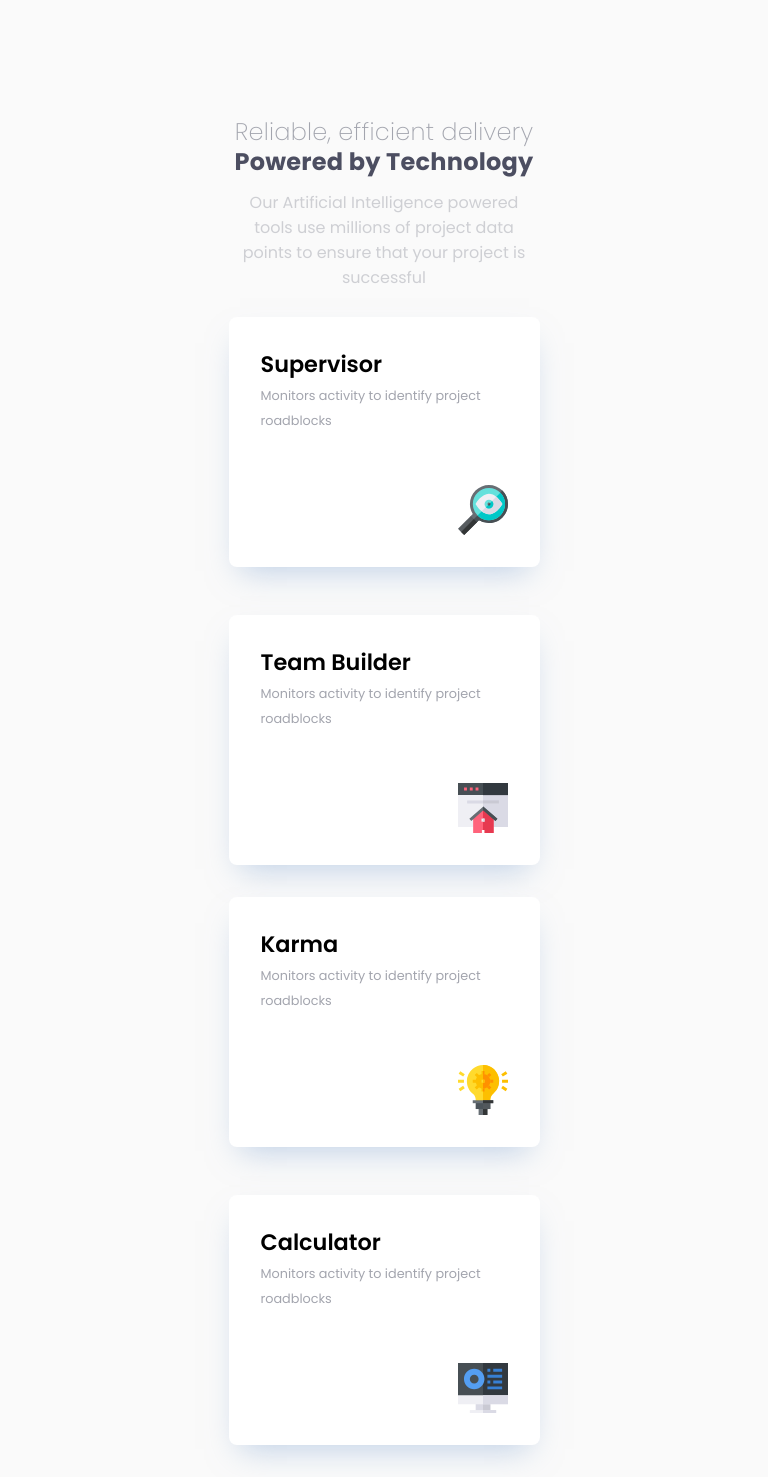
Repository: brandontaylor1/four-card-feature
Page: index.html
The author's editor kept a copy of each file at every save. The page is drawn from the files as they stood at one save, then again after the next save.
The browser window is 768 px wide. The pictures show the whole page.

Above is the page before, as saved 2025-01-10 19:44:16.

After the next save:
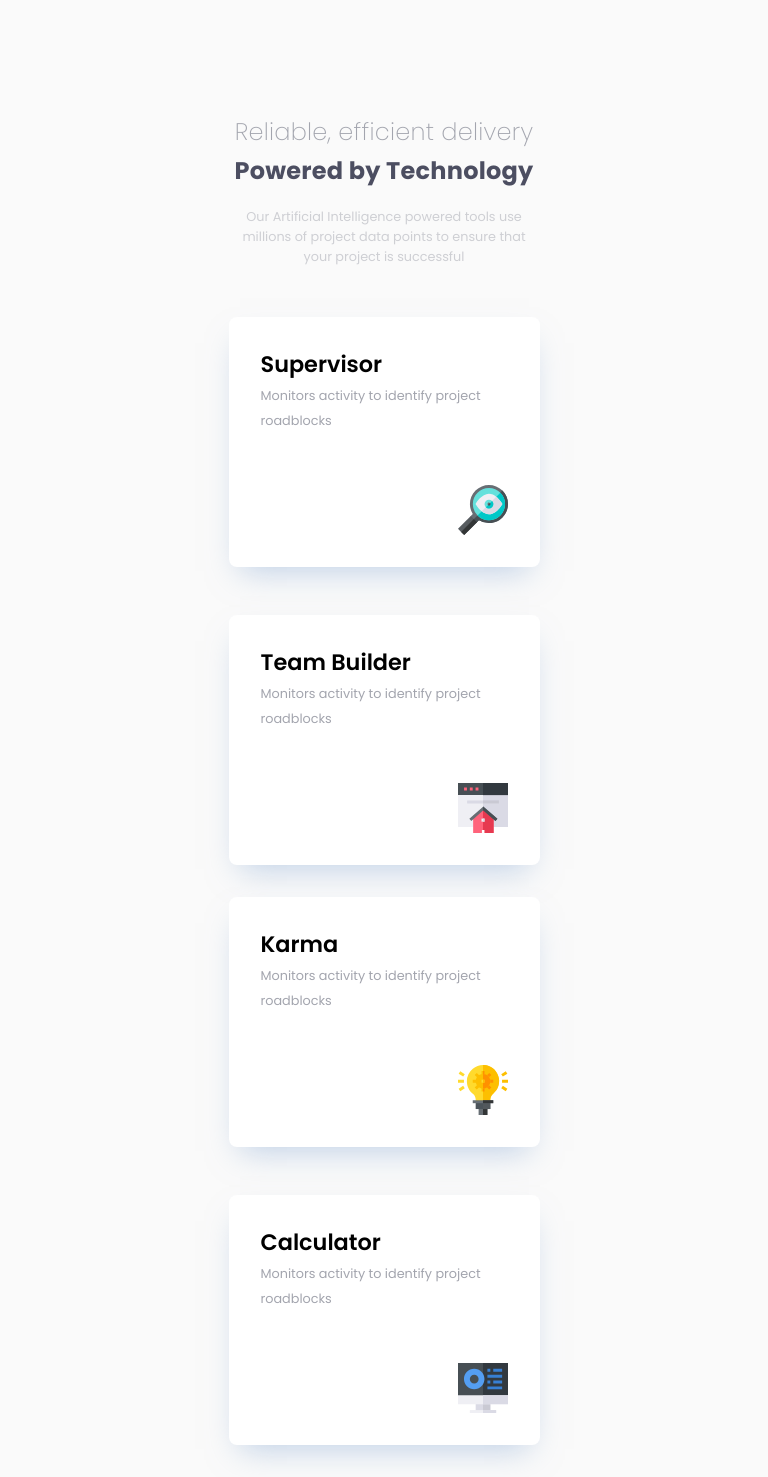
Saved 46 s later.
--- a/styles.css
+++ b/styles.css
@@ -134,6 +134,11 @@
         line-height: 30px;
     }
 
+    .page-content p {
+        font-size: .8rem;
+        line-height: 20px;
+    }
+
     .card {
         width: 311px;
     }
